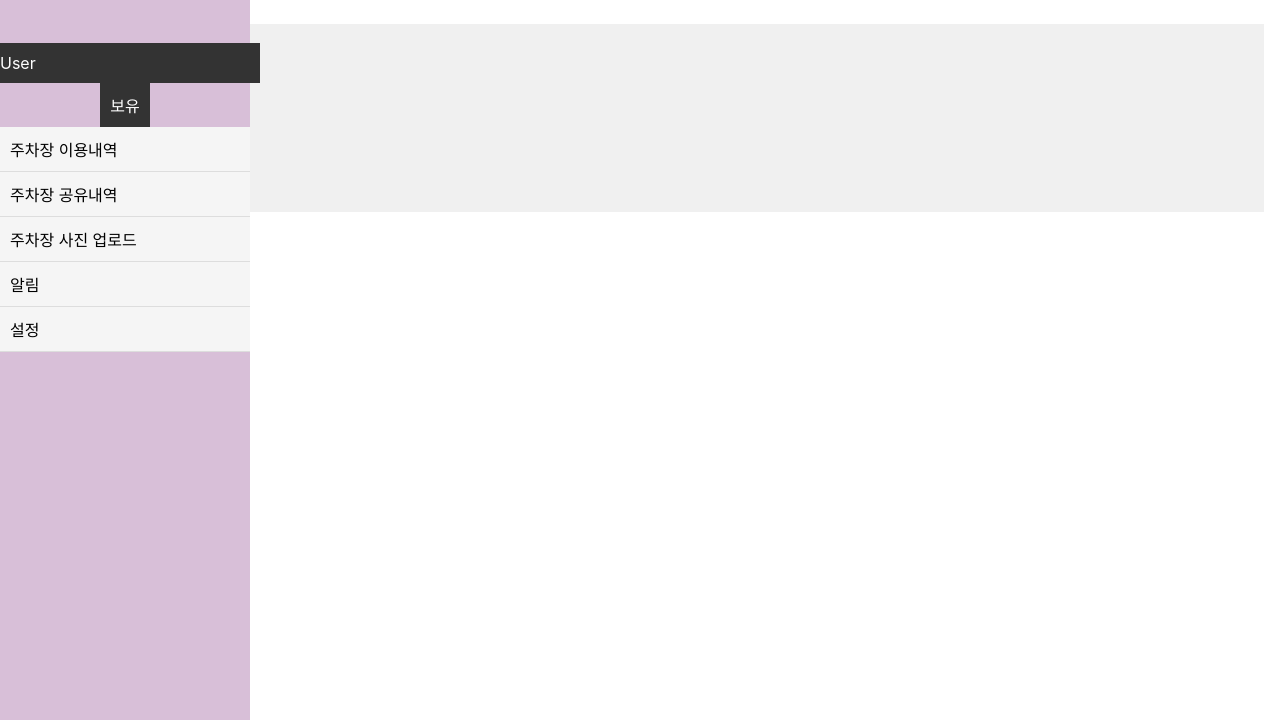
Repository: ohjjoa/reactTest
Page: /, after clicking the first element matching `img`
These files come from the project's save history. The page is drawn as it stood at one moment and after the next save; the edit follows.
The browser window is 1280 px wide. The pictures show the whole page.
The project was rebuilt for these pictures with package versions that can differ from the ones it lists, and the page was loaded fresh each time.

Above is the page before, as saved 2024-08-02 05:21:37.

### src/App.tsx
import { BrowserRouter as Router, Route, Routes } from 'react-router-dom';
import Home from './pages/Home';

function App() {
  return (
    <Router>
      <Routes>
        <Route path="/" element={<Home />} />
        {/* 다른 Route 추가 가능 */}
      </Routes>
    </Router>
  );
}

export default App;

### src/pages/Home/index.tsx
import React, { useState, useRef, useEffect } from 'react';
import { FixedSizeList as List } from 'react-window';
import { TestContainer, Sidebar, SidebarOpen } from './styles';
import icBurger from '../../assets/ic_burger.svg';

// 리스트 항목의 데이터
// const items = new Array(5).fill(null).map((_, index) => `Item ${index + 1}`);
// 리스트 항목의 데이터
const items = [
  '주차장 이용내역',
  '주차장 공유내역',
  '주차장 사진 업로드',
  '알림',
  '설정'
];

const Home = () => {
  const [sideBarOpen, setSideBarOpen] = useState(false);
  const sidebarRef = useRef<HTMLDivElement>(null);
  const backgroundRef = useRef<HTMLDivElement>(null);

  const burgerClick = () => {
    setSideBarOpen(!sideBarOpen);
  };

  const handleClickOutside = (event: MouseEvent | TouchEvent) => {
    if (
      sidebarRef.current &&
      !sidebarRef.current.contains(event.target as Node) &&
      backgroundRef.current &&
      !backgroundRef.current.contains(event.target as Node)
    ) {
      setSideBarOpen(false);
    }
  };

  useEffect(() => {
    const handleContextMenu = (event: MouseEvent) => {
      event.preventDefault(); // 기본 우클릭 메뉴 막기
      event.stopPropagation(); // 이벤트 전파 막기
      return false;
    };

    window.addEventListener('contextmenu', handleContextMenu);
    // 데스크탑 환경
    document.addEventListener('mousedown', handleClickOutside);
    // 모바일 환경
    document.addEventListener('touchstart', handleClickOutside);

    return () => {
      window.removeEventListener('contextmenu', handleContextMenu);
      document.removeEventListener('mousedown', handleClickOutside);
      document.removeEventListener('touchstart', handleClickOutside);
    };
  }, []);

  // 사이드바 아이템 렌더링
  const Row = ({ index, style }: { index: number; style: React.CSSProperties }) => (
    <div
    style={{
      backgroundColor: '#f5f5f5', // 아이템의 배경 색상
      padding: '10px', // 아이템의 패딩
      borderBottom: '1px solid #ddd', // 아이템 하단의 경계선 (선택 사항)
      boxSizing: 'border-box', // 패딩과 경계선이 요소의 전체 크기에 포함되도록
      color: '#000000'
    }}
  >
    {items[index]}
    </div>
  );

  return (
    <div ref={backgroundRef}>
      <TestContainer>
        <img
          src={icBurger}
          alt="Burger Icon"
          style={{
            maxWidth: '100%',
            height: 'auto',
            cursor: 'pointer',
            marginTop: '50px',
          }}
          onClick={burgerClick} // 클릭 이벤트로 사이드바 열기/닫기 처리
        />
      </TestContainer>

      {sideBarOpen && (
        <SidebarOpen ref={sidebarRef}
        style={{ display: 'flex', flexDirection: 'column', width: '250' }}>
          <div style={{ padding: '10px', backgroundColor: '#333', color: '#fff', width: '250px' }}>
            User
          </div>
          <div style={{ padding: '10px', backgroundColor: '#333', color: '#fff'}}>
            보유
          </div>
          <List
            height={550} // 사이드바의 높이에서 연락처의 높이를 제외한 값
            itemCount={items.length} // 아이템 수
            itemSize={50} // 아이템의 높이
            width={250} // 사이드바의 너비
          >
            {Row}
          </List>
        </SidebarOpen>
      )}
      {!sideBarOpen && (
        <Sidebar ref={sidebarRef}>
          <div>Sidebar Content</div>
        </Sidebar>
      )}
    </div>
  );
};

export default Home;

### src/pages/Home/styles.tsx
import { styled } from '@stitches/react';

const TestContainer = styled('div', {
  paddingLeft: '16px',
  paddingRight: '16px',
  marginTop: '24px',
  paddingBottom: '110px',
  backgroundColor: '#f0f0f0',
  marginLeft: '16px',
  marginRight: '16px',
});

const Sidebar = styled('div', {
  position: 'fixed',
  top: 0,
  left: '-250px', // 사이드바가 화면 밖으로 숨겨져 있도록 설정
  width: '250px',
  height: '100%',
  backgroundColor: '#D8BFD8',
  color: 'white',
  transition: 'left 0.3s ease', // 애니메이션 효과
  display: 'flex',
  alignItems: 'center',
  justifyContent: 'center',
  zIndex: 1000, // 사이드바가 다른 요소 위에 오도록 설정
});

const SidebarOpen = styled(Sidebar, {
  left: 0, // 사이드바가 화면에 보이도록 설정
});


export { TestContainer, Sidebar, SidebarOpen };

Loaded but not shown: public/index.html (common file); src/index.tsx (common file); src/index.css (common file); src/reportWebVitals.ts (common file)

After the next save:
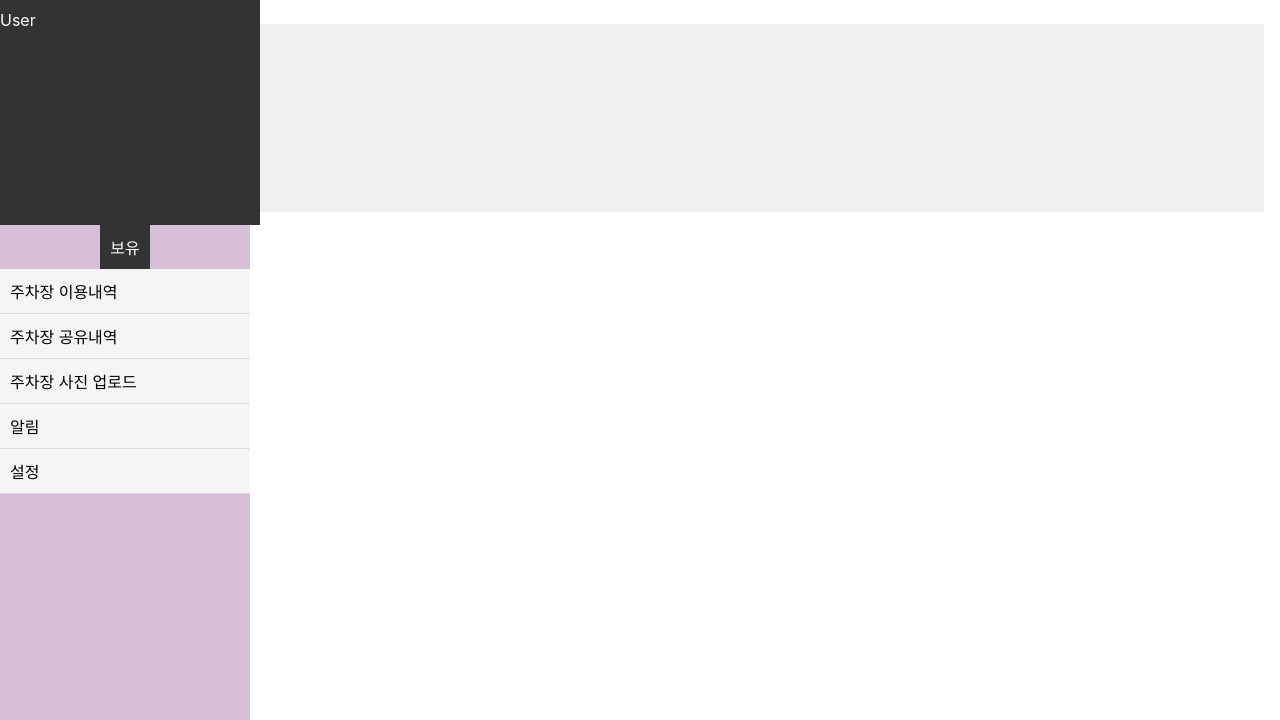
Saved 38 s later.
--- a/src/pages/Home/index.tsx
+++ b/src/pages/Home/index.tsx
@@ -88,7 +88,7 @@ const Home = () => {
       {sideBarOpen && (
         <SidebarOpen ref={sidebarRef}
         style={{ display: 'flex', flexDirection: 'column', width: '250' }}>
-          <div style={{ padding: '10px', backgroundColor: '#333', color: '#fff', width: '250px' }}>
+          <div style={{ padding: '10px', backgroundColor: '#333', color: '#fff', width: '250px', height: '250px' }}>
             User
           </div>
           <div style={{ padding: '10px', backgroundColor: '#333', color: '#fff'}}>
